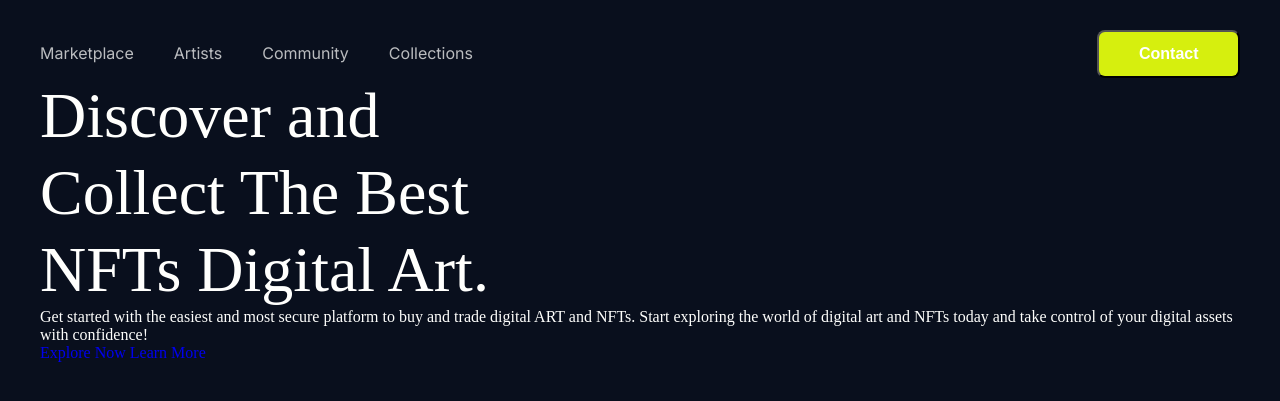
Repository: Kamron5505/NftMarketplace
Page: index.html
An editor plug-in stored every save of this project. The page is shown before and after the next save, followed by the edit.
The browser window is 1280 px wide. The pictures show the whole page.
Some web fonts or font styles are not loaded; a fallback is used.

Above is the page before, as saved 2025-07-07 23:25:06.

After the next save:
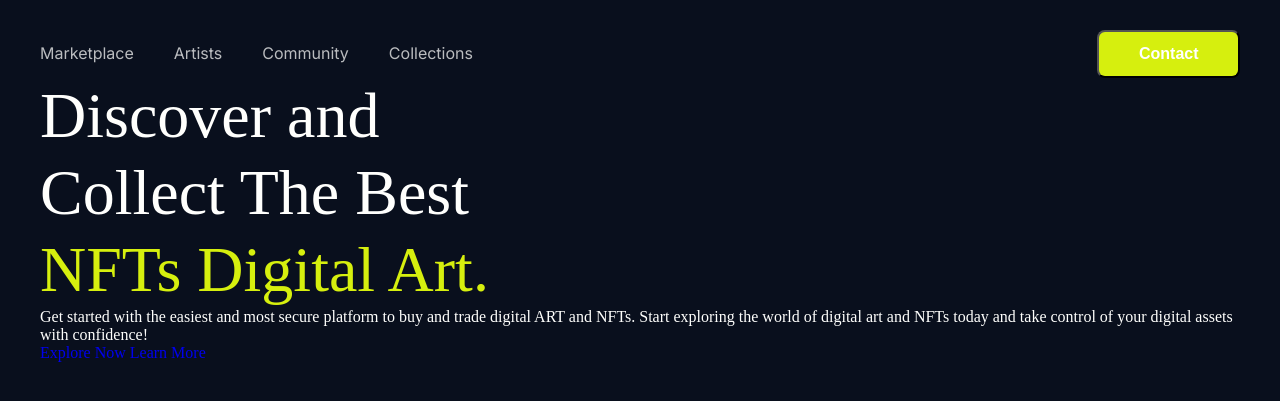
Saved 8 s later.
--- a/style.css
+++ b/style.css
@@ -44,7 +44,7 @@ h6 {
     --third-family: "Canela", sans-serif;
 }
 .highlight{
-
+    color: #d6ef0e;
 }
 
 .header {
